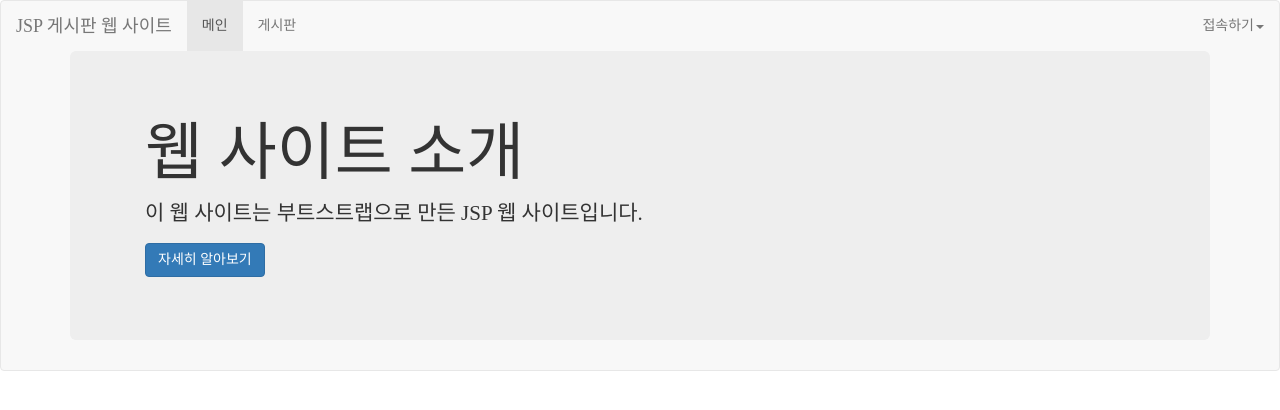
Repository: winter9388/JSP_BBS
Page: http://localhost/BBS/main.jsp
The author's editor kept a copy of each file at every save. The page is drawn from the files as they stood at one save, then again after the next save.
The browser window is 1280 px wide. The pictures show the whole page.
Some web fonts or font styles are not loaded; a fallback is used. Some web libraries are served in a nearby version. The page is served by Tomcat 9. Other server files are loaded and not shown.

Above is the page before, as saved 2022-08-18 12:21:26.

### BBS/src/main/webapp/main.jsp
<%@ page language="java" contentType="text/html; charset=UTF-8"
    pageEncoding="UTF-8"%>
<%@ page import="java.io.PrintWriter" %>
<!DOCTYPE html>
<html>
<head>
<meta charset="UTF-8">
<meta name="viewport" content="width=device-width", initial-scale="1">
<link rel="stylesheet" href="css/bootstrap.css">
<link rel="stylesheet" href="css/custom.css">
<title>JSP 게시판 웹 사이트</title>
</head>
<body>
	<%
		String userID = null;
		if(session.getAttribute("userID") != null){ // 세션값이 존재하면
			userID = (String)session.getAttribute("userID"); // userID에 새션값을 입력
		}
	%>
	<nav class="navbar navbar-default">
		<div class="navbar-header">
			<button type="button" class="navbar-toggle collapsed"
				data-toggle="collapse" data-target="#bs-example-navbar-collapse-1"
				aria-expended="false">
				<span class="icon-bar"></span>
				<span class="icon-bar"></span>
				<span class="icon-bar"></span>
			</button>
			<a class="navbar-brand" href="main.jsp">JSP 게시판 웹 사이트</a>
		</div>
		<div class="collapse navbar-collapse" id="bs-example-navbar-collapse-1"
			aria-expended="false">
			<ul class="nav navbar-nav">
				<li class="active" ><a href="main.jsp">메인</a></li>
				<li><a href="bbs.jsp">게시판</a></li>
			</ul>

			<%
				if(userID == null){ //세션이 없는경우 (로그인 되있지 않은 경우)만 아래 항목들을 보여줌
			%>
			<ul class="nav navbar-nav navbar-right">
				<li class="dropdown">
					<a href="#" class="dropdown-toggle"
						data-toggle="dropdown" role="button" aria-haspopup="true"
						aria-expanded="false">접속하기<span class="caret"></span></a>
					<ul class="dropdown-menu">
						<li><a href="login.jsp">로그인</a></li>
						<li><a href="join.jsp">회원가입</a></li>
					</ul>
				</li>
			</ul>
			<%
				} else {
			%>
			<ul class="nav navbar-nav navbar-right">
				<li class="dropdown">
					<a href="#" class="dropdown-toggle"
						data-toggle="dropdown" role="button" aria-haspopup="true"
						aria-expanded="false">회원관리<span class="caret"></span></a>
					<ul class="dropdown-menu">
						<li><a href="logoutAction.jsp">로그아웃</a></li>
					</ul>
				</li>
			</ul>
			<%
				}
			%>
		</div>
		<div class="container">
			<div class="jumbotron">
				<div class="container">
					<h1>웹 사이트 소개</h1>
					<p>이 웹 사이트는 부트스트랩으로 만든 JSP 웹 사이트입니다.</p>
					<p><a class="btn btn-primary btn-pull" href="#" role="button">자세히 알아보기</a></p>
				</div>
			</div>
		</div>
	</nav>

	<script src="https://code.jquery.com/jquery-3.1.1.min.js"></script>
	<script src="js/bootstrap.js"></script>
</body>
</html>

### BBS/src/main/webapp/css/custom.css
@import url(http://fonts.googleapis.com/earlyaccess/nanumgothic.css);
@import url(http://fonts.googleapis.com/earlyaccess/hanna.css);

*{
	font-family : 'Nanum Gothic';
}
h1 {
	font-family : 'Hanna';
}

Loaded but not shown: BBS/src/main/webapp/css/bootstrap.css (library); BBS/src/main/webapp/js/bootstrap.js (library)

After the next save:
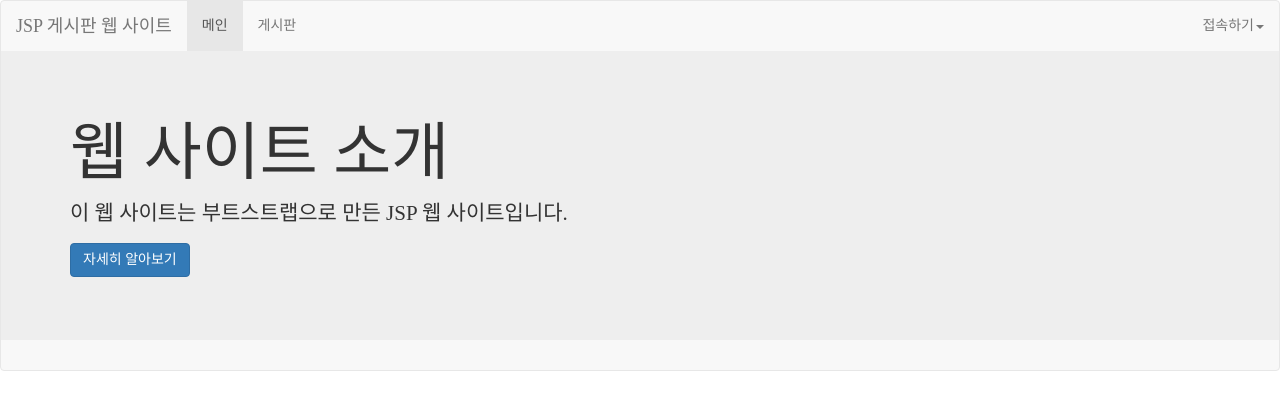
Saved 11 s later.
--- a/BBS/src/main/webapp/main.jsp
+++ b/BBS/src/main/webapp/main.jsp
@@ -66,7 +66,7 @@
 				}
 			%>
 		</div>
-		<div class="container">
+		<!-- <div class="container"> -->
 			<div class="jumbotron">
 				<div class="container">
 					<h1>웹 사이트 소개</h1>
@@ -74,7 +74,7 @@
 					<p><a class="btn btn-primary btn-pull" href="#" role="button">자세히 알아보기</a></p>
 				</div>
 			</div>
-		</div>
+		<!-- </div> -->
 	</nav>
 
 	<script src="https://code.jquery.com/jquery-3.1.1.min.js"></script>

After the save that followed:
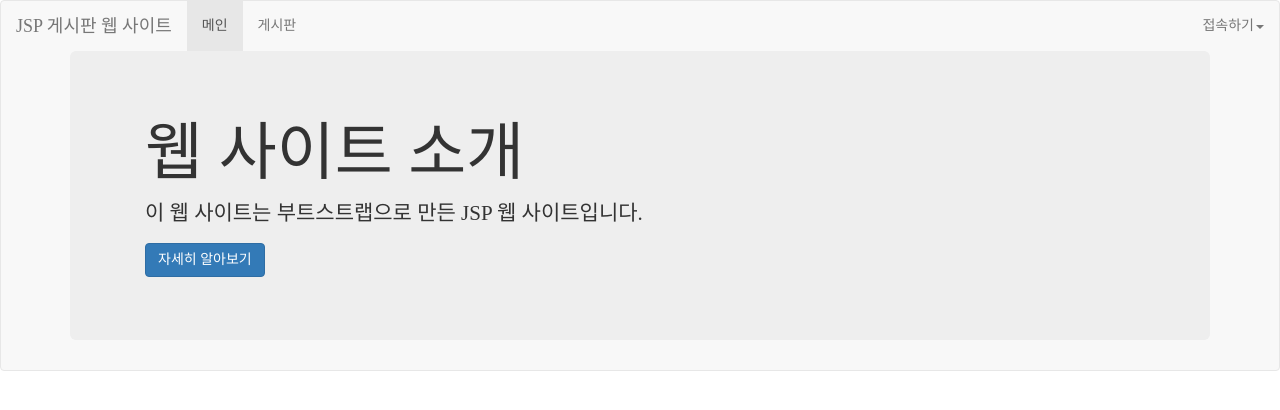
Saved 19 s later.
--- a/BBS/src/main/webapp/main.jsp
+++ b/BBS/src/main/webapp/main.jsp
@@ -66,7 +66,7 @@
 				}
 			%>
 		</div>
-		<!-- <div class="container"> -->
+		<div class="container">
 			<div class="jumbotron">
 				<div class="container">
 					<h1>웹 사이트 소개</h1>
@@ -74,7 +74,7 @@
 					<p><a class="btn btn-primary btn-pull" href="#" role="button">자세히 알아보기</a></p>
 				</div>
 			</div>
-		<!-- </div> -->
+		</div>
 	</nav>
 
 	<script src="https://code.jquery.com/jquery-3.1.1.min.js"></script>
